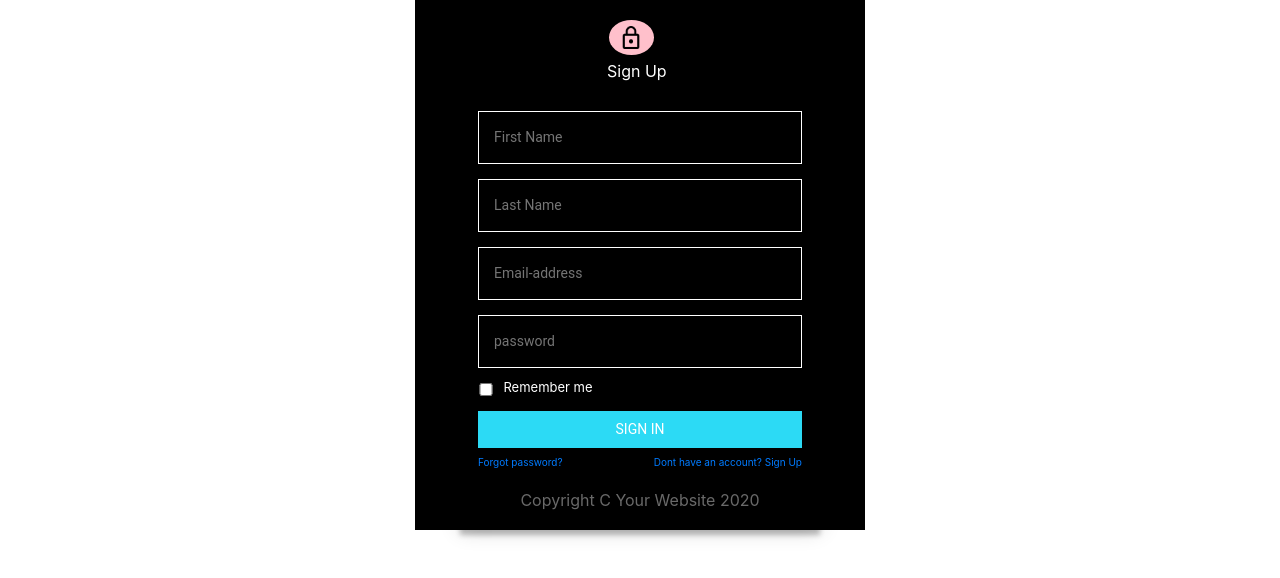
Repository: andbilous/cursor-styled-components
Page: /sign-up
The author's editor kept a copy of each file at every save. The page is drawn from the files as they stood at one save, then again after a run of saves.
The browser window is 1280 px wide. The pictures show the whole page.
The project was rebuilt for these pictures with package versions that can differ from the ones it lists, and the page was loaded fresh each time. Also part of the build but not shown: src/App.css, src/components/SignInForm.jsx.

Above is the page before, as saved 2020-04-19 16:43:25.

### src/App.js
import React from 'react';
import {
  BrowserRouter as Router,
  Switch,
  Route,
  Link
} from "react-router-dom";
import './App.css';
import SignInForm from './components/SignInForm';
import SignUpForm from './components/SignUpForm';

function App() {
  return (
   <Router>
      <Switch>
          <Route exact path="/sign-in">
            <SignInForm />
          </Route>
          <Route path="/sign-up">
            <SignUpForm />
          </Route>
        </Switch>
   </Router>
  );
}

export default App;

### src/components/SignUpForm.jsx
import React from 'react';
import styled from "styled-components";

const SignUpFormStyles = styled.div`
*{
  box-sizing: border-box;
}
.login-page {
  width: 450px;
  margin: auto;
  background: #000;
}
.form {
  position: relative;
  z-index: 1;
  max-width: 360px;
  margin: 0 auto;
  margin-top:10px;
  padding: 18px;
  text-align: center;
  box-shadow: 0 0 20px 0 rgba(0, 0, 0, 0.2), 0 5px 5px 0 rgba(0, 0, 0, 0.24);
}
.form input {
  font-family: "Roboto", sans-serif;
  outline: 0;
  border: 1px solid #fff;
  background:transparent;
  width: 100%;
  margin: 0 0 15px;
  padding: 15px;
  font-size: 14px;
}
.form input[type="checkbox"]{
  transform: translateX(-100px);
}
.form button {
  font-family: "Roboto", sans-serif;
  text-transform: uppercase;
  outline: 0;
  background: #2cdaf5;
  width: 100%;
  border: 0;
  padding: 8px;
  color: #FFFFFF;
  font-size: 14px;
  -webkit-transition: all 0.3 ease;
  transition: all 0.3 ease;
  cursor: pointer;
}
.form button:hover,.form button:active,.form button:focus {
  background: #43A047;
}
.form .message {
  margin: 15px 0 0;
  color: #b3b3b3;
  font-size: 12px;
}
.form .message a {
  color: #4CAF50;
  text-decoration: none;
}
.container {
  position: relative;
  z-index: 1;
  max-width: 300px;
  margin: 0 auto;
}
.container:before, .container:after {
  content: "";
  display: block;
  clear: both;
}
.container .info {
  margin: 50px auto;
  text-align: center;
}
.container .info h1 {
  margin: 0 0 15px;
  padding: 0;
  font-size: 36px;
  font-weight: 300;
  color: #1a1a1a;
}
.container .info span {
  color: #4d4d4d;
  font-size: 12px;
}
.container .info span a {
  color: #000000;
  text-decoration: none;
}
.container .info span .fa {
  color: #EF3B3A;
}
body {
  background: #76b852; /* fallback for old browsers */
  background: -webkit-linear-gradient(right, #76b852, #8DC26F);
  background: -moz-linear-gradient(right, #76b852, #8DC26F);
  background: -o-linear-gradient(right, #76b852, #8DC26F);
  background: linear-gradient(to left, #76b852, #8DC26F);
  font-family: "Roboto", sans-serif;
  -webkit-font-smoothing: antialiased;
  -moz-osx-font-smoothing: grayscale;
}
.links{
  display:flex
}
.remember{
color:#fff;
}
.additional{
 color: #2cdaf5;
 display: flex;
 justify-content: space-between;
}
.additional a{
  font-size:10px
 }
.img-container{
  background: pink;
  border-radius: 50%;
  width:10%;
  transform: translateY(20px);
  margin-left: 43%;
}
img{
  margin: 6px 11px;
  width: 50%;
}
.image-label{
  display:block;
  color:#fff;
  margin-left: 12rem;
  margin-top: 1.5rem;
}
.label-remember{
  display: inline-block;
  margin-bottom: .5rem;
  transform: translateX(-200px);
  font-size: 13px;
  width: 50%;
  margin-top: -5px;
}
footer{
  color: dimgrey;
}
`


const SignUpForm =() =>{
  return (
    <SignUpFormStyles>
<div class="login-page">
  <div class='img-container'>
    <img src={require('../assets/padlock.png')}/>
    </div>
    <span class='image-label'>Sign Up</span>
  <div class="form">
    <form class="login-form">
      <div class=''>
        <input type="text" placeholder="First Name"/>
    <input type="text" placeholder="Last Name"/></div>

    <input type="text" placeholder="Email-address"/>
      <input type="password" placeholder="password"/>
      <div class='links remember'><input type="checkbox"/><label class='label-remember'>Remember me</label></div>
     <button>Sign In</button>
     <div class='links additional'>
     <p><a href="#">Forgot password?</a></p>
       <p><a href="#">Dont have an account? Sign Up</a></p>
       </div>
       <footer>
       <span>Copyright C Your Website 2020</span>
       </footer>
    </form>
  </div>
</div>
    </SignUpFormStyles>

  )
}


export default  SignUpForm;

Loaded but not shown: public/index.html (common file); src/index.js (common file); src/index.css (common file); src/serviceWorker.js (common file)

After the next 7 saves:
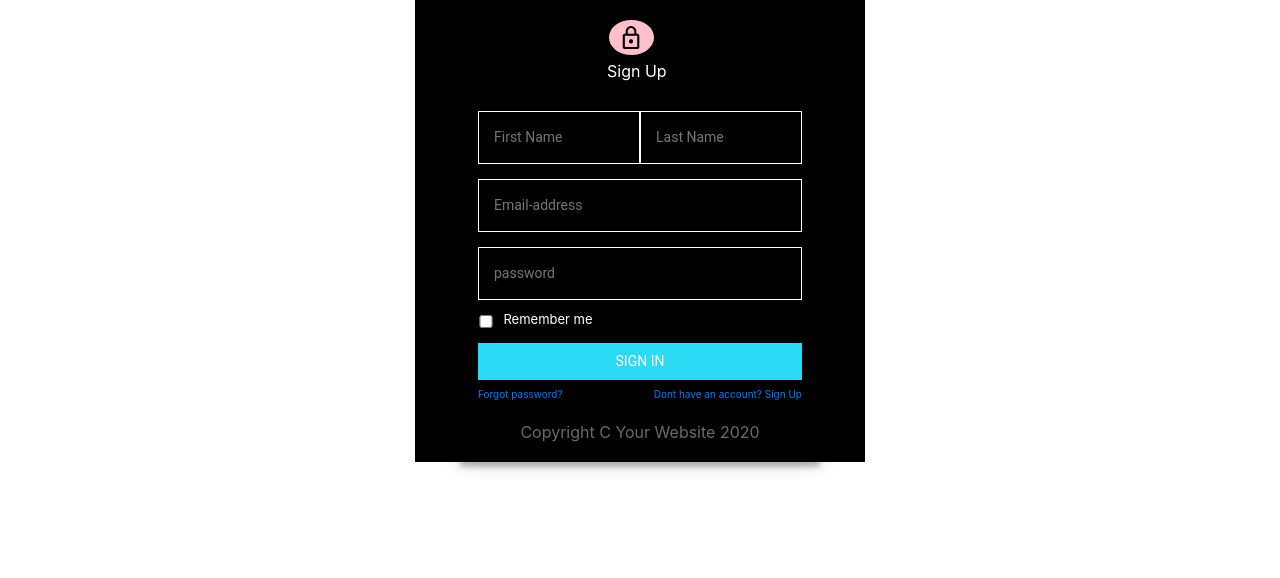
The 7 saves are shown as one change because they came seconds apart.
The last was saved 15 s later.
--- a/src/components/SignUpForm.jsx
+++ b/src/components/SignUpForm.jsx
@@ -144,6 +144,9 @@ img{
 footer{
   color: dimgrey;
 }
+.name{
+  display:flex
+}
 `
 
 
@@ -157,7 +160,7 @@ const SignUpForm =() =>{
     <span class='image-label'>Sign Up</span>
   <div class="form">
     <form class="login-form">
-      <div class=''>
+      <div class='name'>
         <input type="text" placeholder="First Name"/>
     <input type="text" placeholder="Last Name"/></div>
 
